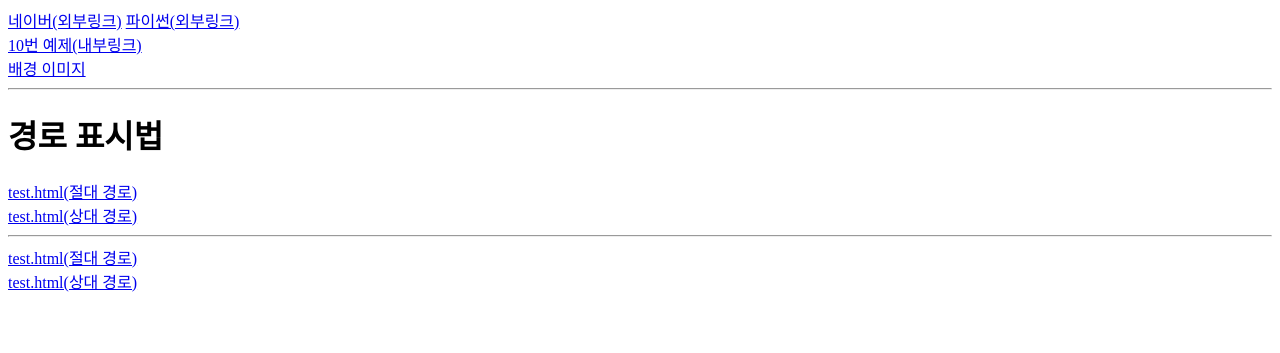
Repository: Chun0903/classStudy_github.io
Page: client/ClientTest/WebContent/sub/ex11_link.html
The author's editor kept a copy of each file at every save. The page is drawn from the files as they stood at one save, then again after the next save.
The browser window is 1280 px wide. The pictures show the whole page.

Above is the page before, as saved 2020-06-19 02:28:22.

After the next save:
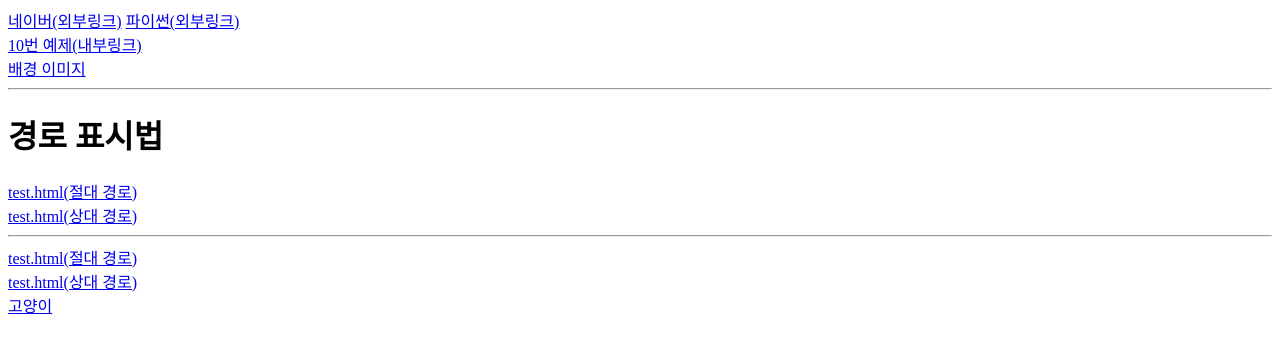
Saved 54 s later.
--- a/client/ClientTest/WebContent/sub/ex11_link.html
+++ b/client/ClientTest/WebContent/sub/ex11_link.html
@@ -68,6 +68,8 @@
 	<a href="/client/test/test.html">test.html(절대 경로)</a><br>
 	<a href="../test/test.html">test.html(상대 경로)</a><br>
 
+	<a href="d:\고양이.jpg">고양이</a>
+
 
 
 
